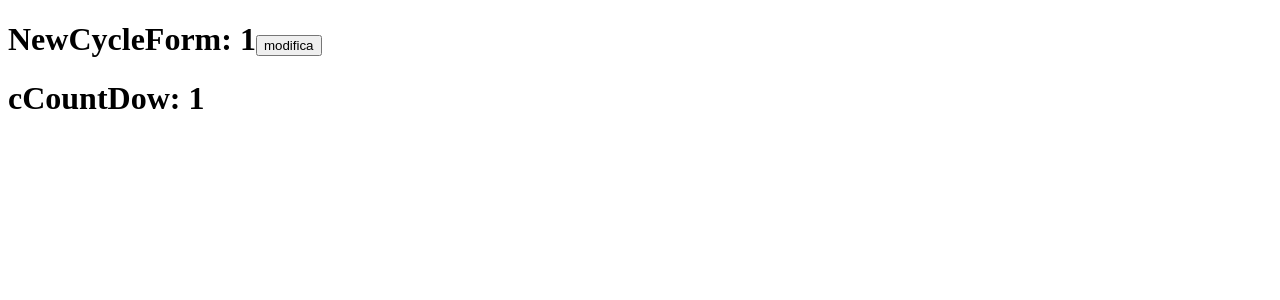
Repository: caueenrico/CoffeDelivery
Page: /
These files come from the project's save history. The page is drawn as it stood at one moment and after a run of saves; the edit follows.
The browser window is 1280 px wide. The pictures show the whole page.
The project was rebuilt for these pictures with package versions that can differ from the ones it lists, and the page was loaded fresh each time. Also part of the build but not shown: vite.config.ts.

Above is the page before, as saved 2022-09-29 18:49:59.

### index.html
<!DOCTYPE html>
<html lang="en">
  <head>
    <meta charset="UTF-8" />

    <link rel="preconnect" href="https://fonts.googleapis.com" />
    <link rel="preconnect" href="https://fonts.gstatic.com" crossorigin />
    <link
      href="https://fonts.googleapis.com/css2?family=Baloo+2:wght@700;800&family=Roboto:wght@400;700&display=swap"
      rel="stylesheet"
    />

    <link rel="icon" type="image/svg+xml" href="/vite.svg" />
    <meta name="viewport" content="width=device-width, initial-scale=1.0" />
    <title>Vite + React + TS</title>
  </head>
  <body>
    <div id="root"></div>
    <script type="module" src="/src/main.tsx"></script>
  </body>
</html>

### src/App.tsx
import { BrowserRouter } from "react-router-dom";
import { ThemeProvider } from "styled-components";
import { HomeContext } from "./HomeContext";
import { Router } from "./Router";
import { defaultTheme } from "./styles/themes/default";
import { GlobalStyle } from "./styles/themes/global";

export function App() {
  return (

    <>
    <HomeContext/>
    </>
    // <ThemeProvider theme={defaultTheme}>
    //   <BrowserRouter>
    //     <Router />
    //   </BrowserRouter>
    //   <GlobalStyle />
    // </ThemeProvider>
  );
}

### src/HomeContext.tsx
import { createContext, useContext, useState } from "react";

const CyclesContext = createContext({
  activeCycle: 1,
})

function NewCycleForm() {
  let {activeCycle} = useContext(CyclesContext)

  return <h1>NewCycleForm: {activeCycle}
  <button onClick={() => {
    activeCycle = 2
  }}> modifica</button>
  </h1>
}

function CountDown () {
  const {activeCycle} = useContext(CyclesContext)
  return <h1>cCountDow: {activeCycle} </h1>
}


export function HomeContext() {
  const [activeCycle, setActiveCycle] = useState(0)

  return (

    <div>
        <NewCycleForm />
        <CountDown />
    </div>
  );
}

Loaded but not shown: src/main.tsx (common file)

After the next 11 saves:
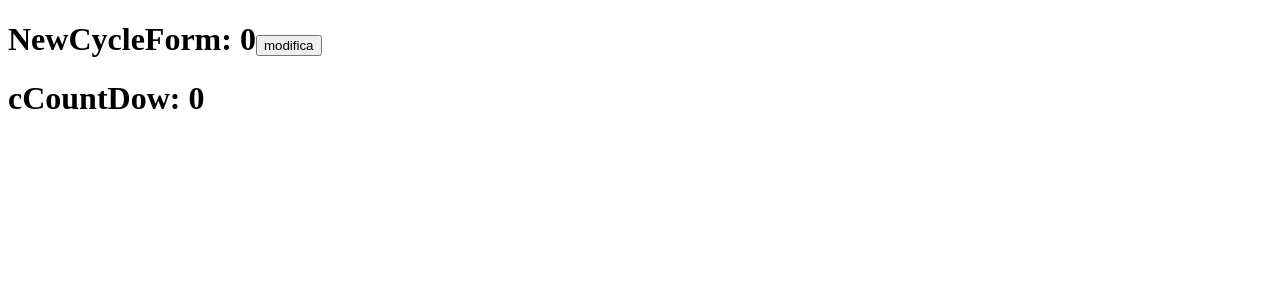
The 11 saves are shown as one change because 3 did not build or start and some came seconds apart.
The last was saved 41 s later.
--- a/src/HomeContext.tsx
+++ b/src/HomeContext.tsx
@@ -24,10 +24,11 @@ export function HomeContext() {
   const [activeCycle, setActiveCycle] = useState(0)
 
   return (
-
+    <CyclesContext.Provider value={{activeCycle}}>
     <div>
         <NewCycleForm />
         <CountDown />
     </div>
+    </CyclesContext.Provider>
   );
 }
